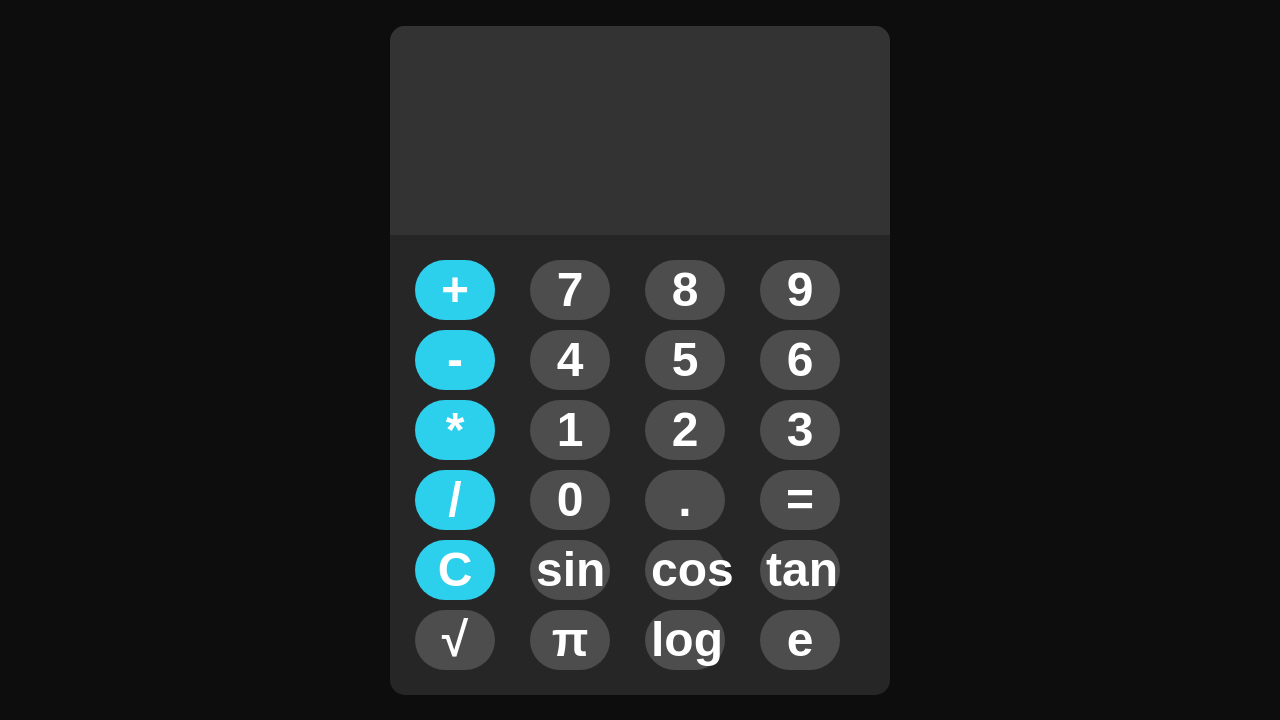
Repository: Haakim19/JavaScript
Page: Calculater/Main.html
The author's editor kept a copy of each file at every save. The page is drawn from the files as they stood at one save, then again after the next save.
The browser window is 1280 px wide. The pictures show the whole page.

Above is the page before, as saved 2024-10-23 10:16:29.

### Calculater/Main.html
<!DOCTYPE html>
<html lang="en">
<head>
    <meta charset="UTF-8">
    <meta name="viewport" content="width=device-width, initial-scale=1.0">
    <title>Calculator</title>
    <link rel="stylesheet" href="Main.css">
</head>
<body>
    <div id="calculator">
        <div id="calculator-normal">
            <input id= "display1" readonly>
            <input id="display2" readonly>
            <div id="keys">
                <button onclick="appentToDisplay('+')" class="operator-btn">+</button>
                <button onclick="appentToDisplay('7')">7</button>
                <button onclick="appentToDisplay('8')">8</button>
                <button onclick="appentToDisplay('9')">9</button>
                <button onclick="appentToDisplay('-')" class="operator-btn">-</button>
                <button onclick="appentToDisplay('4')">4</button>
                <button onclick="appentToDisplay('5')">5</button>
                <button onclick="appentToDisplay('6')">6</button>
                <button onclick="appentToDisplay('*')" class="operator-btn">*</button>
                <button onclick="appentToDisplay('1')">1</button>
                <button onclick="appentToDisplay('2')">2</button>
                <button onclick="appentToDisplay('3')">3</button>
                <button onclick="appentToDisplay('/')" class="operator-btn">/</button>
                <button onclick="appentToDisplay('0')">0</button>
                <button onclick="appentToDisplay('.')" >.</button>
                <button onclick="calculate()" >=</button>
                <button onclick="clearDisplay()" class="operator-btn">C</button>
                <button onclick="appentToDisplay('Math.sin()')">sin</button>
                <button onclick="appentToDisplay('Math.cos()')">cos</button>
                <button onclick="appentToDisplay('Math.tan()')">tan</button>
                <button onclick="appentToDisplay('Math.sqrt()')">√</button>
                <button onclick="appendToDisplay('Math.PI()')">π</button>
                <button onclick="appentToDisplay('Math.log()')">log</button>
                <button onclick="appentToDisplay('Math.e()')">e</button>
                <!-- <button onclick="appendToDisplay('Math.log()')>ln</button> -->
            </div>
        </div>

    </div>
<script src="Main.js"></script>
</body>
</html>

### Calculater/Main.css
body{
    margin: 0;
    display: flex;
    justify-content: center;
    align-items: center;
    height: 100vh;
    background-color: hsl(0,0%, 5%);

}
#calculate{
    font-family:sans-serif;
}
#calculator-normal{
    background-color: hsl(0, 0%, 15%);
    border-radius: 15px;
    max-width: 500px;
    overflow: hidden;
}

#display1{
    width: 100%;
    padding: 20px;
    font-size: 2rem;
    border: none;
    text-align: left;
    padding-right: -15px;
    color: white;
    background-color: hsl(0, 0%, 20%);

}
#display2{
    width: 100%;
    padding: 20px;
    font-size: 5rem;
    border: none;
    text-align: left;
    padding-right: -15px;
    color: white;
    background-color: hsl(0, 0%, 20%);

}
#keys{
    display: grid;
    grid-template-columns: repeat(4, 1fr);
    gap: 10px;
    padding: 25px;
}
/* #keys-normal{
    width: 80px;
    height: 60px;
    color: white;
    border-radius: 50px;
    border: none;
    font-size: 3rem;
    background-color: hsl(0, 0%, 30%);
    font-weight: bold;
    cursor: pointer;
} */
button{
    width: 80px;
    height: 60px;
    color: white;
    border-radius: 50px;
    border: none;
    font-size: 3rem;
    background-color: hsl(0, 0%, 30%);
    font-weight: bold;
    cursor: pointer;
}

button:hover{
    background-color: hsl(0, 0%, 40%);
}

button:active{
    background-color: hsl(0, 0%, 50%);
}

.operator-btn{
    background-color: hsl(189, 84%, 55%);
}

.operator-btn:hover{
    background-color: hsl(189, 84%, 65%);
}

.operator-btn:active{
    background-color: hsl(189, 84%, 75%);
}

### Calculater/Main.js
const display1 = document.getElementById('display1');
const display2 = document.getElementById('display2');

function appentToDisplay(input){
    display2.value += input;
}
function clearDisplay(){
    display1.value = '';
    display2.value = '';
}
function calculate(){
    try{
        display1.value = eval(display2.value);}
    catch{
        display2.value = 'Error';
    }

}

After the next save:
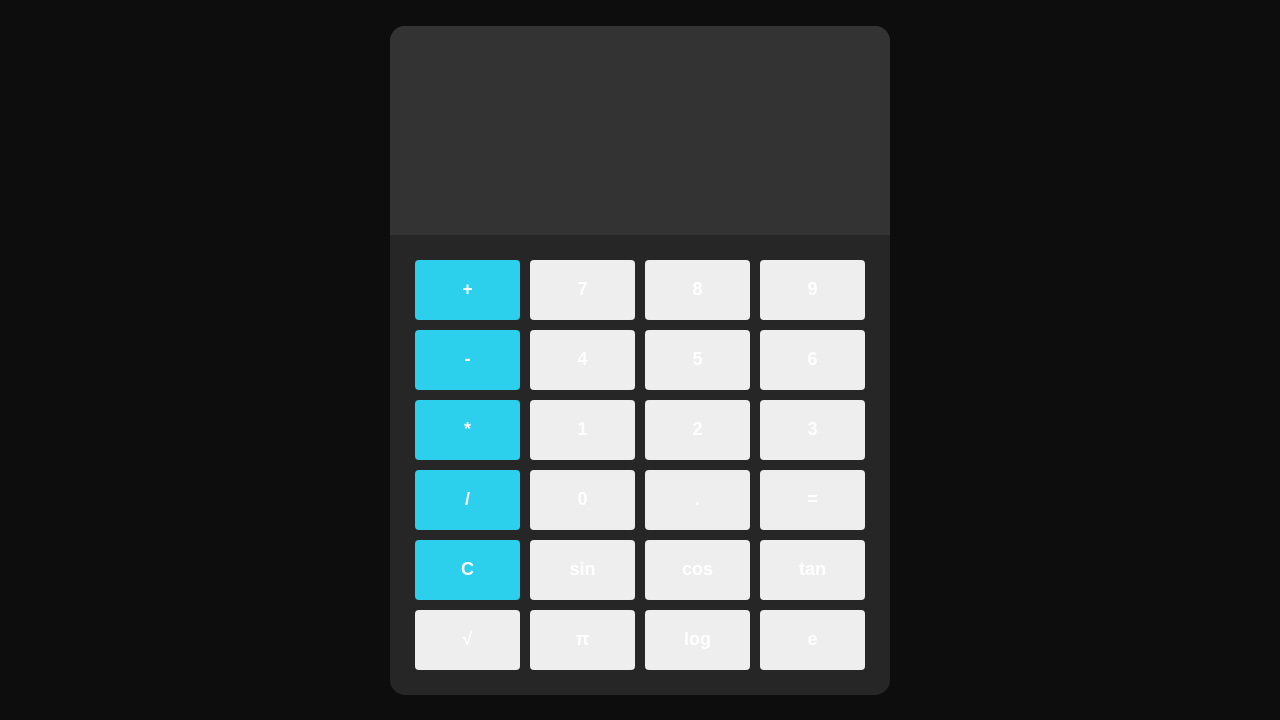
Saved 39 s later.
--- a/Calculater/Main.css
+++ b/Calculater/Main.css
@@ -67,6 +67,16 @@ button{
     font-weight: bold;
     cursor: pointer;
 }
+button{
+    width: 100%;
+    padding: 15px;
+    font-size: 18px;
+    border: none;
+    border-radius: 4px;
+    background-color: #eee;
+    cursor: pointer;
+    transition: background-color 0.3s;
+}
 
 button:hover{
     background-color: hsl(0, 0%, 40%);
